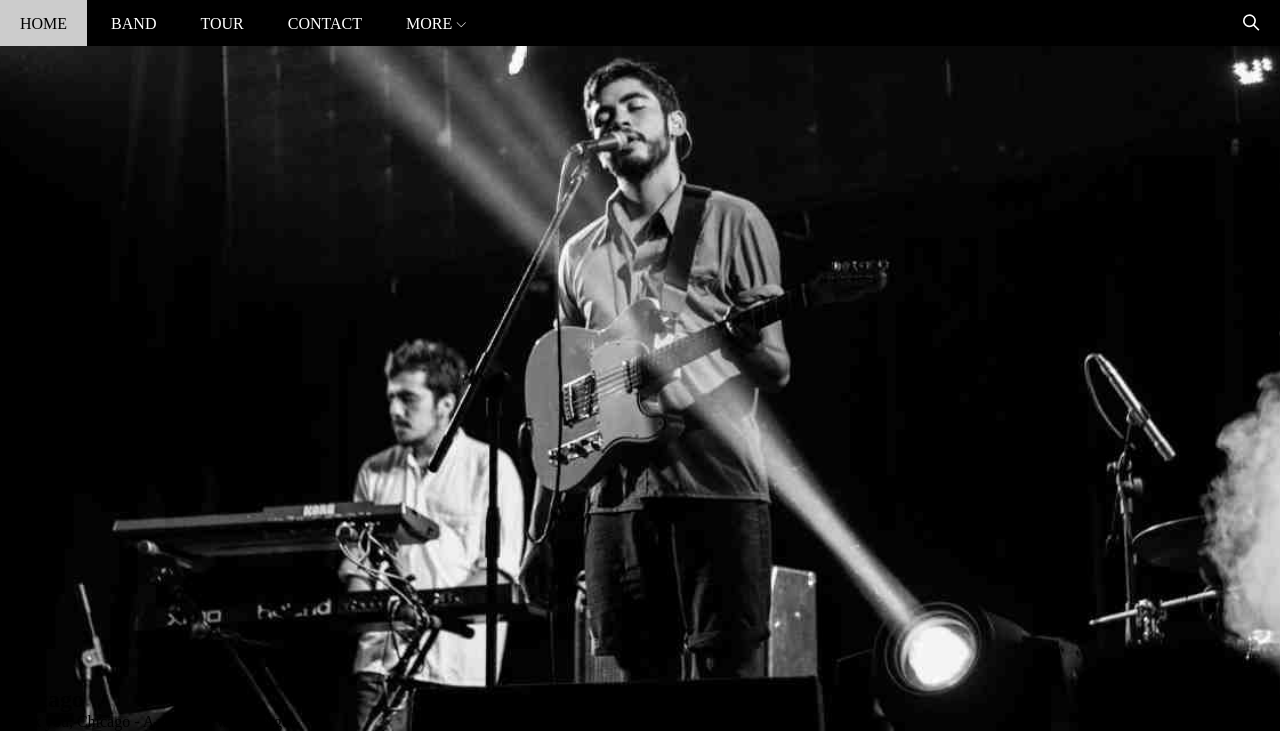
Repository: Dino0411/Dino0411.github.io
Page: index.html
These files come from the project's save history. The page is drawn as it stood at one moment and after the next save; the edit follows.
The browser window is 1280 px wide. The pictures show the whole page.

Above is the page before, as saved 2021-10-04 00:04:18.

After the next save:
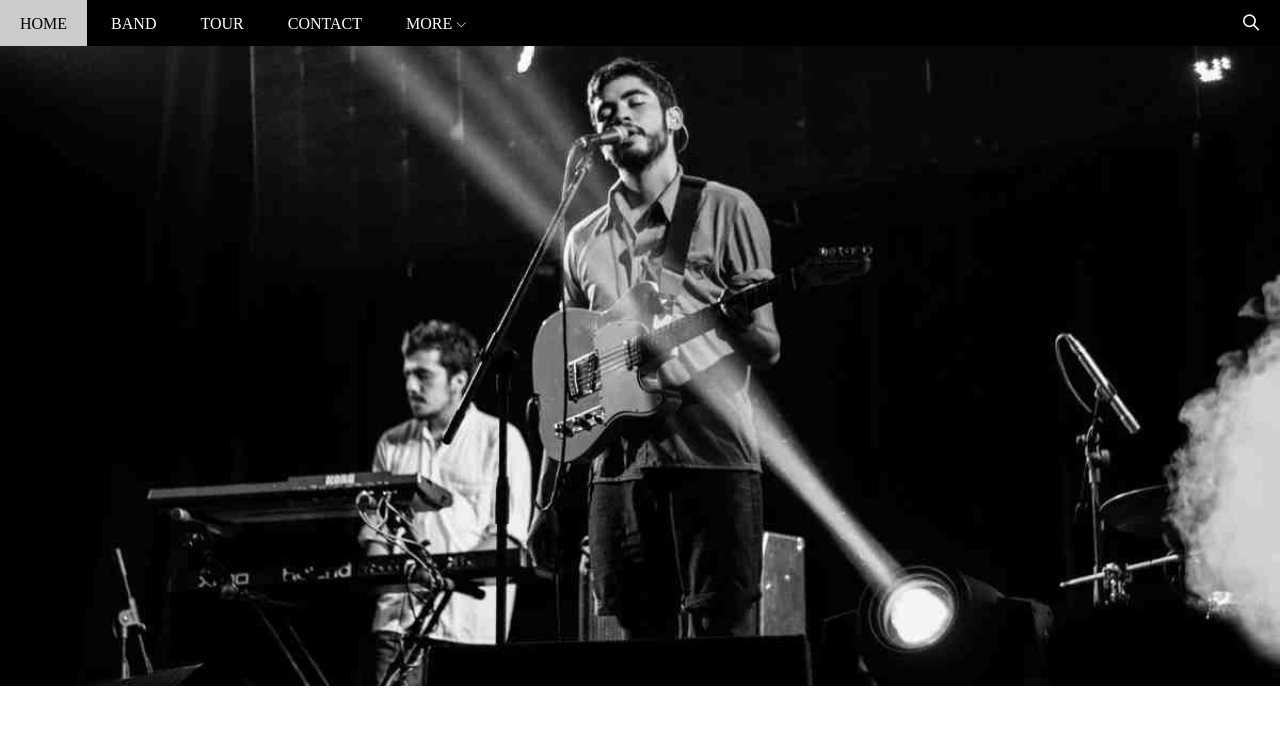
Saved 19 s later.
--- a/assets/css/style.css
+++ b/assets/css/style.css
@@ -97,7 +97,7 @@ TODO:tổng quan đến chi tiết
   padding-top: 50%;
   background: url("/assets/img/slider/slider1.jpg") top center / cover no-repeat;
 }
-#sidebar .text-content {
+#slider .text-content {
   position: absolute;
   color: #fff;
 }
